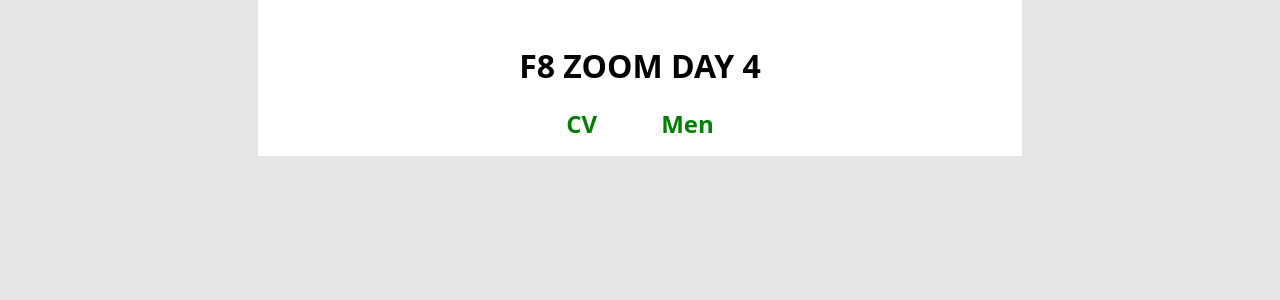
Repository: lannguyen1301/f8-zoom-day-4
Page: index.html
An editor plug-in stored every save of this project. The page is shown before and after the next save, followed by the edit.
The browser window is 1280 px wide. The pictures show the whole page.

Above is the page before, as saved 2025-04-17 22:48:48.

### index.html
<!DOCTYPE html>
<html lang="en">

<head>
    <meta charset="UTF-8">
    <meta name="viewport" content="width=device-width, initial-scale=1.0">
    <title>f8-zoom-day-4</title>
    <link rel="stylesheet" href="./assets/css/reset.css">
    <link rel="stylesheet" href="./assets/css/style.css">
</head>

<body>
    <div class="content">
        <div class="top-title">
            <h1 class="title">F8 ZOOM DAY 4</h1>
            <ul class="list">
                <li class="item">
                    <a href="./cv.html" class="link">CV</a>
                </li>
                <li class="item">
                    <a href="./menu.html" class="link">Men</a>
                </li>
            </ul>
        </div>
    </div>
</body>

</html>

### assets/css/style.css
* {
    box-sizing: border-box;
}

body {
    margin: 0 auto;
    font-size: 16px;
    font-family: system-ui, "Segoe UI", Roboto, Helvetica, Arial, sans-serif,
        "Apple Color Emoji", "Segoe UI Emoji", "Segoe UI Symbol";
    background-color: #e6e5e5;
}

a {
    text-decoration: none;
}

.content {
    max-width: 764px;
    margin: inherit;
    padding: 20px 66px;
    background-color: #fff;
}

.title {
    margin: 30px 0;
    font-size: 32px;
    color: #020202;
    font-weight: 900;
    text-align: center;
}

.list {
    margin: 0 auto;
    text-align: center;
    font-size: 16px;
    color: green;
    font-weight: 500;
}

.item {
    display: inline-block;
    margin: 0 20px;
    font-weight: 900;
    font-size: 1.5rem;
}

.link {
    color: inherit;
    padding: 10px;
}

.item:hover > .link {
    color: orange;
    background-color: #fff;
    padding: 10px;
    border-radius: 5px;
}

Loaded but not shown: assets/css/reset.css (common file)

After the next save:
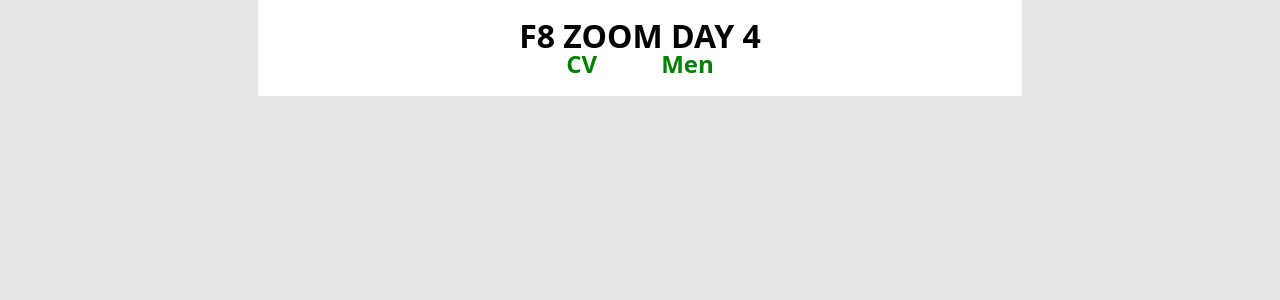
Saved 2 min 8 s later.
--- a/assets/css/style.css
+++ b/assets/css/style.css
@@ -22,7 +22,7 @@ a {
 }
 
 .title {
-    margin: 30px 0;
+    /* margin: 30px 0; */
     font-size: 32px;
     color: #020202;
     font-weight: 900;
